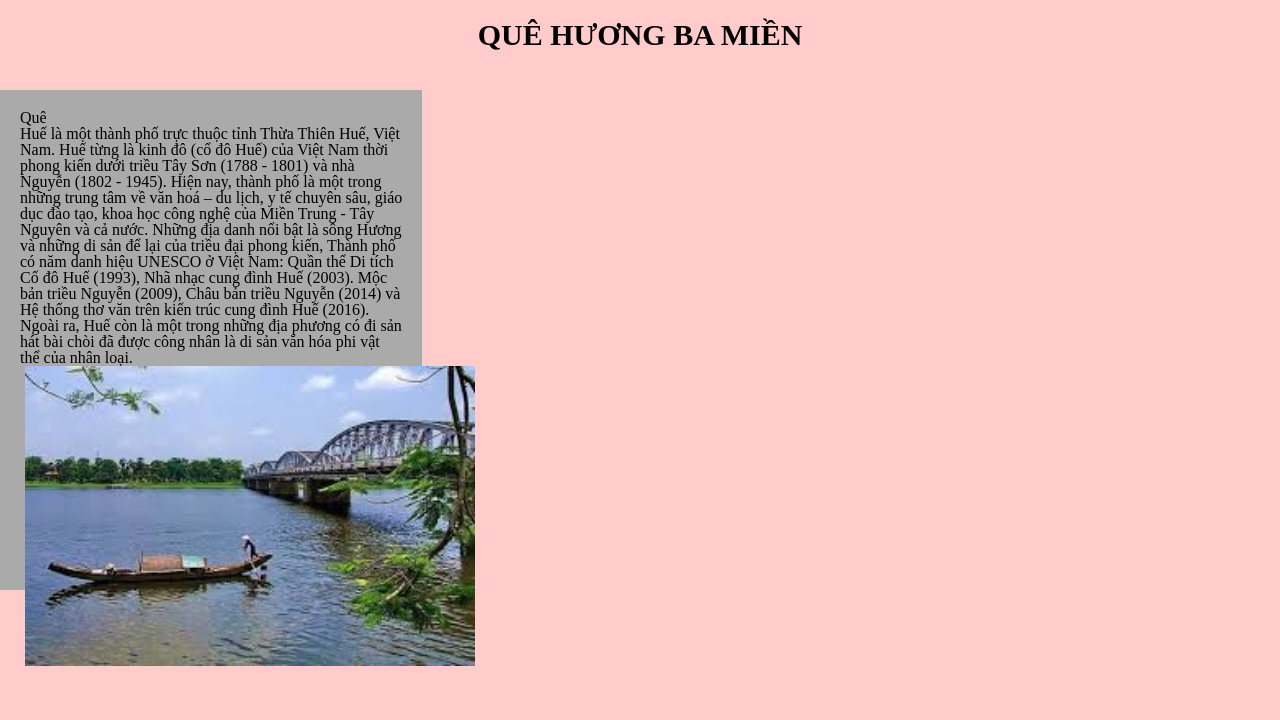
Repository: Tan-Khang21/TH_TKW--Buoi_06
Page: Bai_Tap_Tren_lop/Bai_02/LayoutCSS2.html
The author's editor kept a copy of each file at every save. The page is drawn from the files as they stood at one save, then again after the next save.
The browser window is 1280 px wide. The pictures show the whole page.

Above is the page before, as saved 2024-03-11 20:21:22.

After the next save:
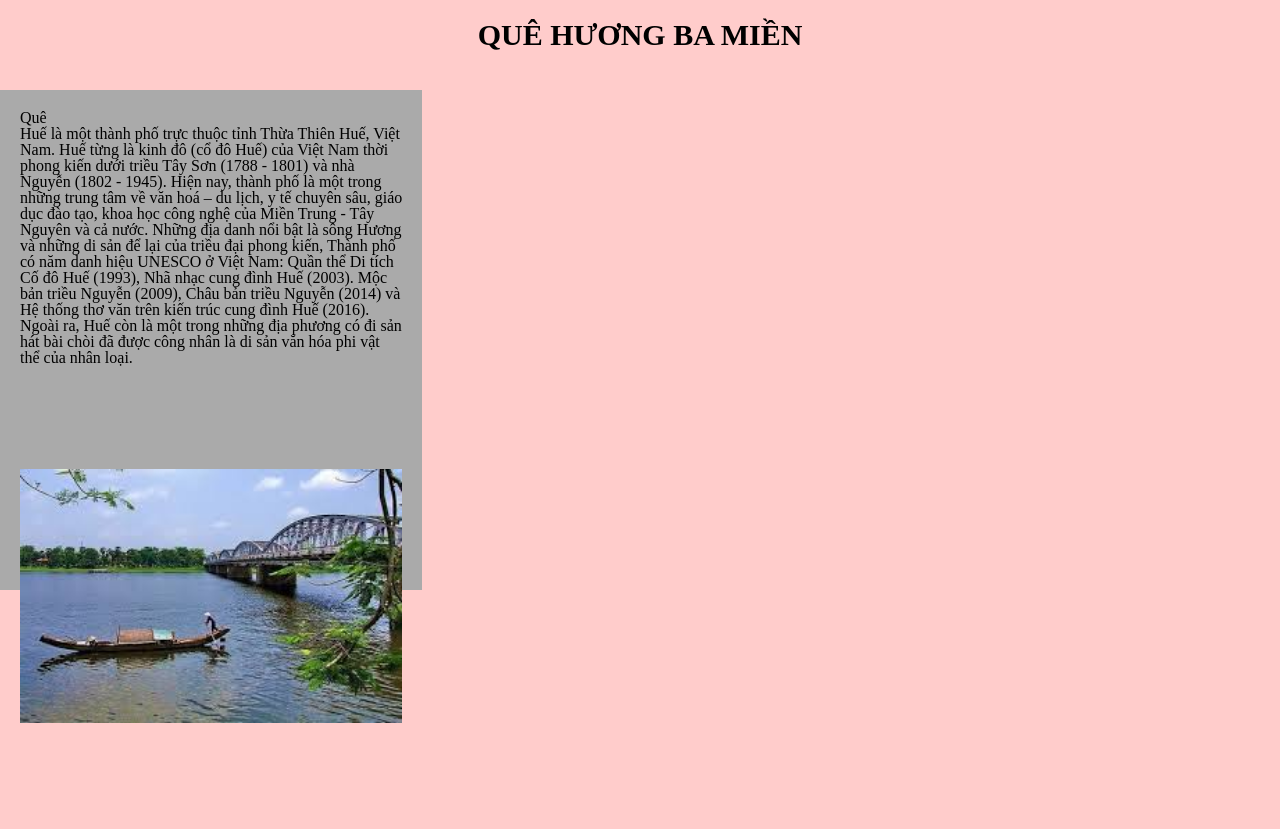
Saved 16 s later.
--- a/Bai_Tap_Tren_lop/Bai_02/style.css
+++ b/Bai_Tap_Tren_lop/Bai_02/style.css
@@ -19,8 +19,8 @@ body {
   background-color: #aaaaaa;
 }
 .images {
-  width: 460px;
-  height: 300px;
+  width: 100%;
+  height: 100%;
 }
 .images img {
   width: 100%;
